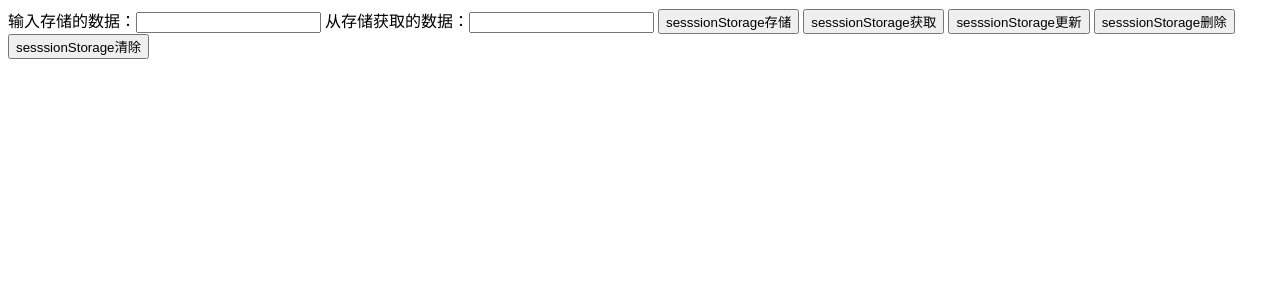
Repository: vidiewei/Learn-Practice
Page: 前端代码实践/web存储.html
These files come from the project's save history. The page is drawn as it stood at one moment and after the next save; the edit follows.
The browser window is 1280 px wide. The pictures show the whole page.

Above is the page before, as saved 2021-12-13 16:28:46.

After the next save:
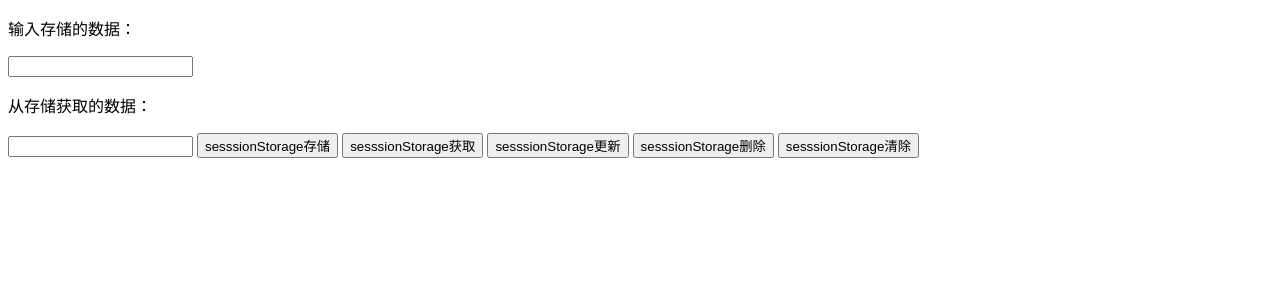
Saved 2 min 29 s later.
--- a/前端代码实践/web存储.html
+++ b/前端代码实践/web存储.html
@@ -5,10 +5,10 @@
     <title></title>
   </head>
   <body>
-    输入存储的数据：<input type="text" id="input" /> 从存储获取的数据：<input
-      type="text"
-      id="output"
-    />
+    <p>输入存储的数据：</p>
+    <input type="text" id="input" />
+    <p>从存储获取的数据：</p>
+    <input type="text" id="output" />
     <button>sesssionStorage存储</button>
     <button>sesssionStorage获取</button>
     <button>sesssionStorage更新</button>
@@ -20,6 +20,7 @@
       // 2) localStorage    20M 永久生效 ，除非手动删除  清理垃圾  硬盘上
 
       var txt = document.getElementById('input')
+      var outputTxt = document.getElementById('output')
 
       var btns = document.querySelectorAll('button')
       // sessionStorage存储数据
@@ -31,7 +32,7 @@
 
       // sessionStorage获取数据
       btns[1].onclick = function () {
-        txt.value = window.sessionStorage.getItem('userName')
+        outputTxt.value = window.sessionStorage.getItem('userName')
       }
 
       // sessionStorage更新数据
